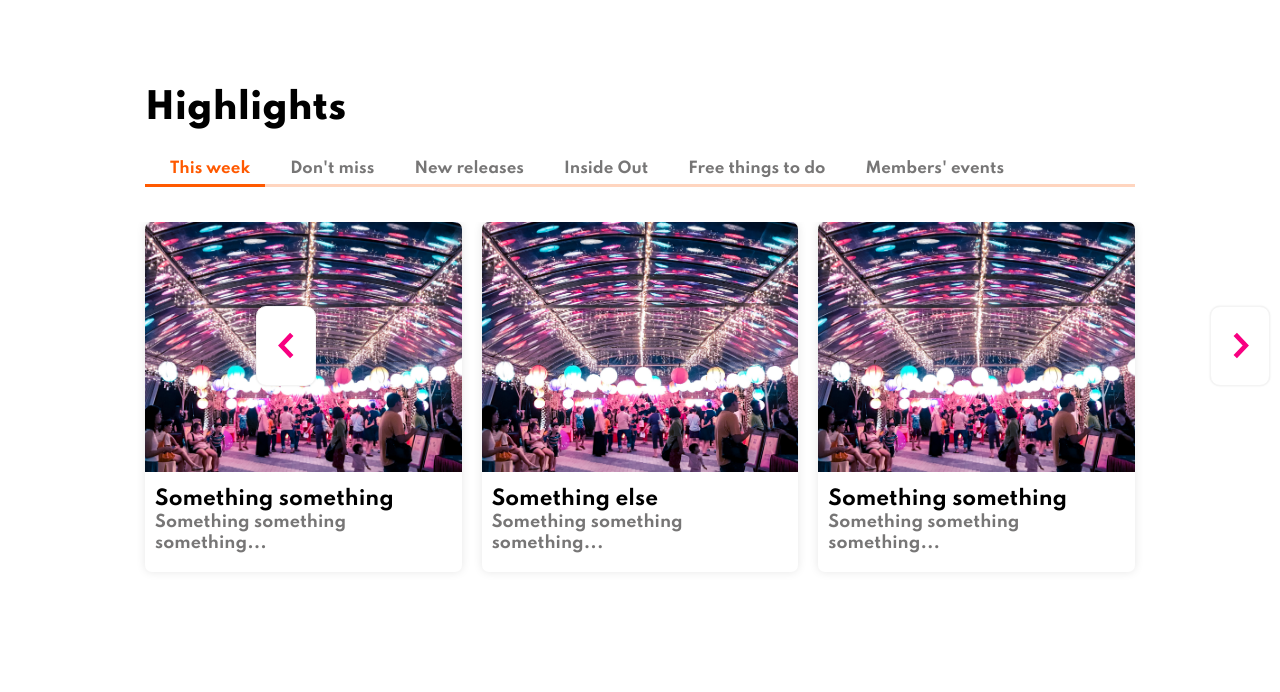
Repository: vvogt/fameworks_vv
Page: /
An editor plug-in stored every save of this project. The page is shown before and after the next save, followed by the edit.
The browser window is 1280 px wide. The pictures show the part of the page from y = 607 to 1299 px (the page is 2172 px tall).
Pictures or frames that could not be fetched are drawn as grey boxes. Backgrounds fixed to the window are drawn as part of the page. The project was rebuilt for these pictures with package versions that can differ from the ones it lists, and the page was loaded fresh each time. Also part of the build but not shown: src/components/NotFound.js. Imported but missing from the stored project, and not drawn on this page: src/assets/videos/seald_fullhd.mp4.

Above is the page before, as saved 2020-04-27 17:22:04.

After the next save:
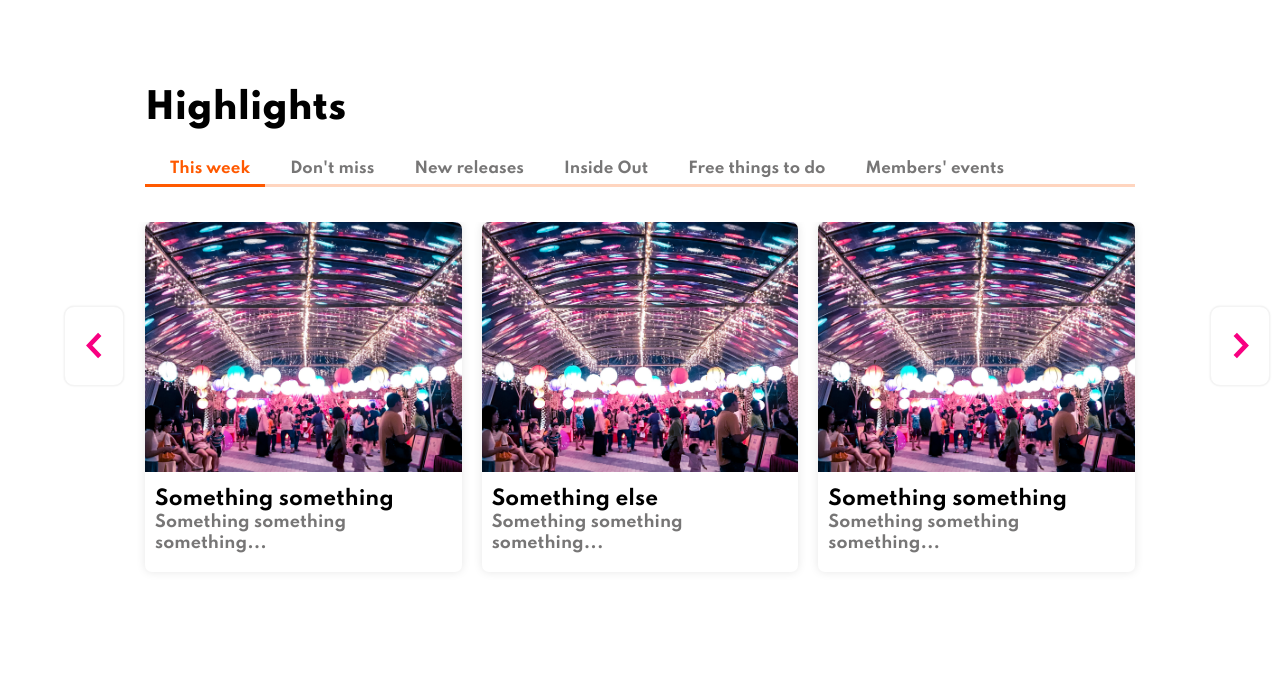
Saved 6 s later.
--- a/src/scss/_components.section.scss
+++ b/src/scss/_components.section.scss
@@ -33,7 +33,7 @@
    }
 
    .arrow.left {
-      left: 20vw;
+      left: 5vw;
 
       img {
          transform: rotate(180deg);
